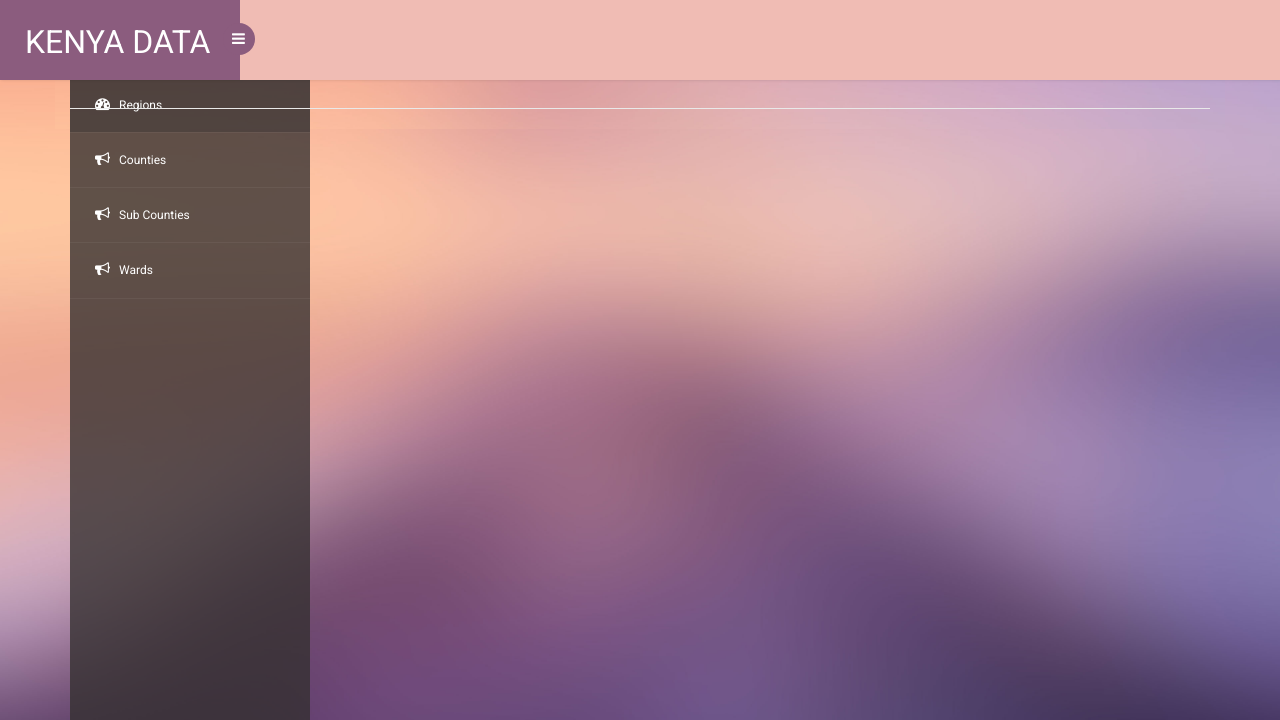
Repository: JessyLedama/KenyaSubdivisionData
Page: http://localhost/regions
These files come from the project's save history. The page is drawn as it stood at one moment and after the next save; the edit follows.
The browser window is 1280 px wide. The pictures show the whole page.
The page is served by the project's Laravel application, run on PHP 8.4 with Laravel 8. Queries for data that is not in the repository find no rows.

Above is the page before, as saved 2022-08-30 14:36:40.

After the next save:
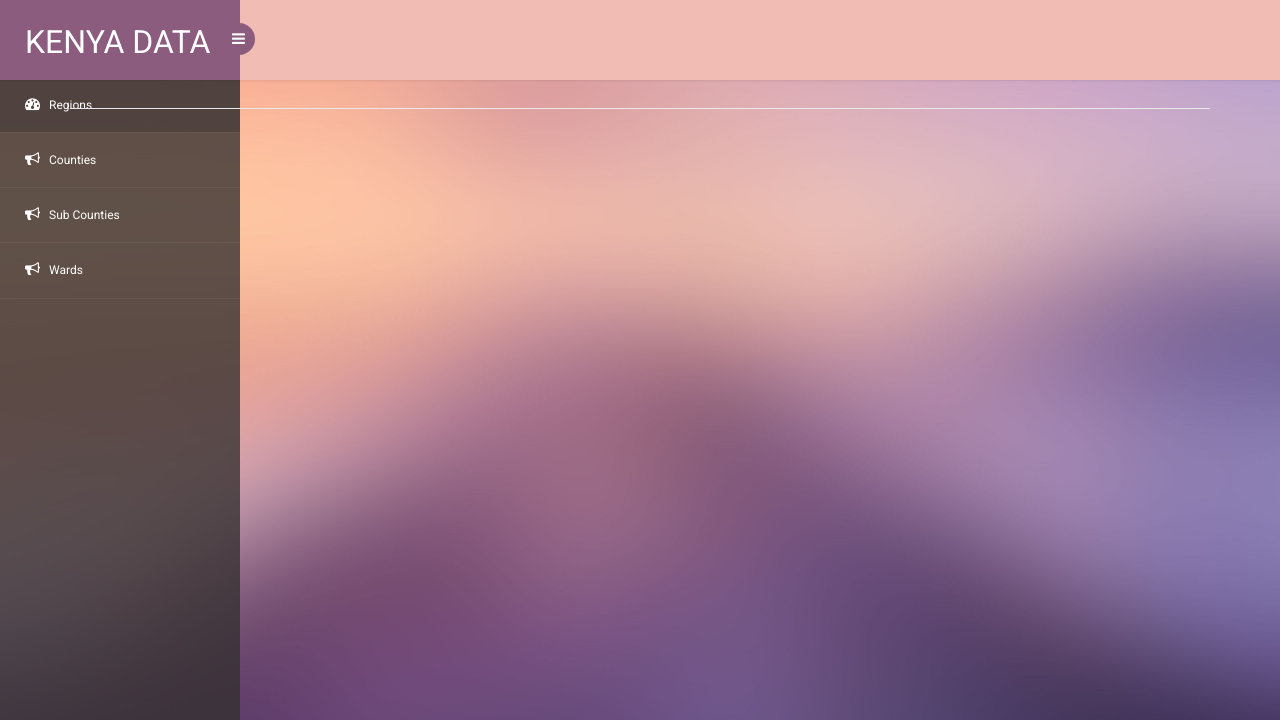
Saved 36 s later.
--- a/resources/views/regions/index.blade.php
+++ b/resources/views/regions/index.blade.php
@@ -1,7 +1,7 @@
 @extends('layouts.nav')
 
 @section('content')
-    <body class="container fluid">
+    <section class="container fluid">
         <div class="row counties-table">
             <div class="col-md-12">
                 <div class="card">
@@ -29,5 +29,5 @@
                 </div>
             </div>
         </div>
-    </body>
+    </section>
 @endsection
